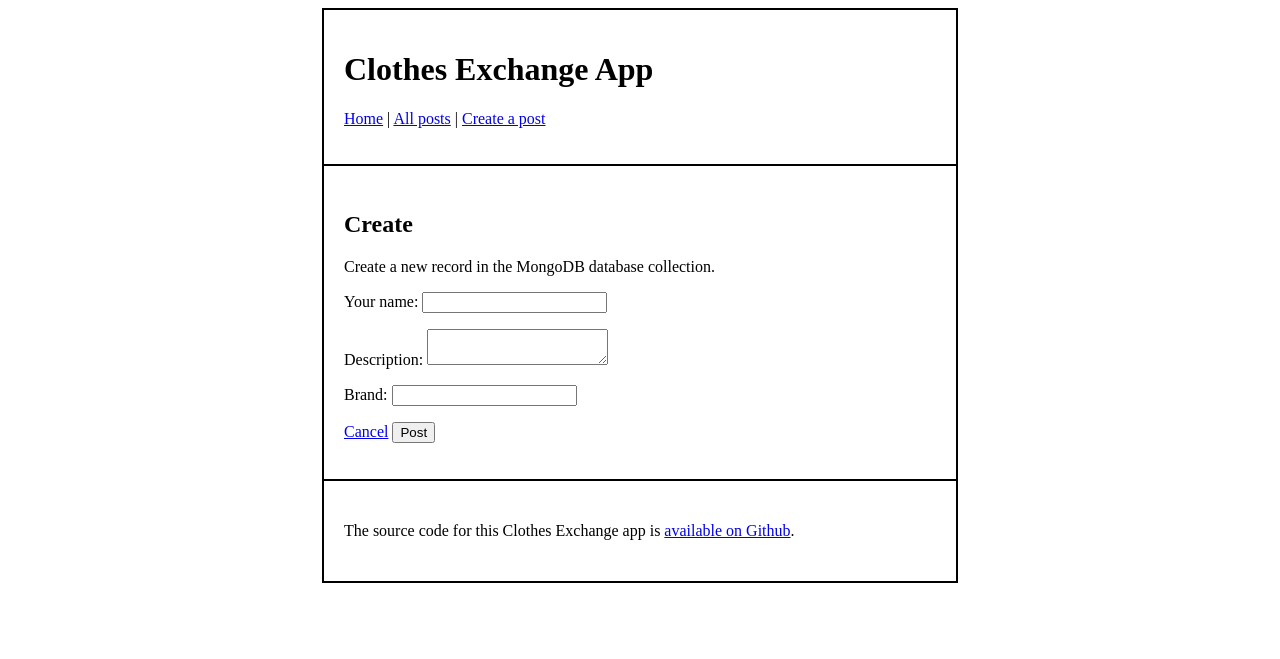
Repository: dbdesign-students-spring2024/7-web-app-dianachen1013
Page: http://localhost/create
An editor plug-in stored every save of this project. The page is shown before and after the next save, followed by the edit.
The browser window is 1280 px wide. The pictures show the whole page.
The page is served by the project's application, run on Flask 3 (app.py).

Above is the page before, as saved 2024-04-16 15:42:37.

### templates/create.html
{% extends 'base.html' %} {% block container %}
<h2>Create</h2>
<p>Create a new record in the MongoDB database collection.</p>
<form method="POST" action="{{ url_for('create_post') }}">
  <p>Your name: <input type="text" id="fname" name="fname" /><br /></p>
  <p>
    Description:
    <textarea type="text" id="fmessage" name="fmessage"></textarea>
  </p>
  <p>Brand: <input type="text" id="fbrand" name="fbrand" /><br /></p>
  <p>
    <a href="{{ url_for('read')}}">Cancel</a>
    <input type="submit" name="post-btn" value="Post" />
  </p>
</form>
{% endblock %}

### templates/base.html
<!DOCTYPE html>
<html>
  <head>
    <title>Clothes Exchange App</title>
    <link
      rel="stylesheet"
      href="{{ url_for('static', filename='css/style.css') }}"
    />
  </head>
  <body>
    <div class="container">
      <header>
        <h1>Clothes Exchange App</h1>
        <p>
          <a href="{{ url_for('home')}}">Home</a> |
          <a href="{{ url_for('read')}}">All posts</a> |
          <a href="{{ url_for('create')}}">Create a post</a>
        </p>
      </header>
      <main>{% block container %} {% endblock %}</main>
      <footer>
        <p>
          The source code for this Clothes Exchange app is
          <a href="https://github.com/dbdesign-students-spring2024/7-web-app-dianachen1013"
            >available on Github</a
          >.
        </p>
      </footer>
    </div>
  </body>
</html>

### app.py
# -*- coding: utf-8 -*-
"""
Created on Mon Apr 15 13:32:25 2024

@author: 86136
"""


#!/usr/bin/env python3

import os
import sys
import subprocess
import datetime

from flask import Flask, render_template, request, redirect, url_for, make_response

# import logging
import sentry_sdk
from sentry_sdk.integrations.flask import (
    FlaskIntegration,
)  # delete this if not using sentry.io

# from markupsafe import escape
import pymongo
from pymongo.errors import ConnectionFailure
from bson.objectid import ObjectId
from dotenv import load_dotenv

# load credentials and configuration options from .env file
# if you do not yet have a file named .env, make one based on the template in env.example
load_dotenv(override=True)  # take environment variables from .env.

# initialize Sentry for help debugging... this requires an account on sentrio.io
# you will need to set the SENTRY_DSN environment variable to the value provided by Sentry
# delete this if not using sentry.io
sentry_sdk.init(
    dsn=os.getenv("SENTRY_DSN"),
    # enable_tracing=True,
    # Set traces_sample_rate to 1.0 to capture 100% of transactions for performance monitoring.
    traces_sample_rate=1.0,
    # Set profiles_sample_rate to 1.0 to profile 100% of sampled transactions.
    # We recommend adjusting this value in production.

    integrations=[FlaskIntegration()],
    send_default_pii=True,
)

# instantiate the app using sentry for debugging
app = Flask(__name__)
# # turn on debugging if in development mode
# app.debug = True if os.getenv("FLASK_ENV", "development") == "development" else False


# try to connect to the database, and quit if it doesn't work
try:
    cxn = pymongo.MongoClient(os.getenv("MONGO_URI"))
    db = cxn[os.getenv("MONGO_DBNAME")]  # store a reference to the selected database

    # verify the connection works by pinging the database
    cxn.admin.command("ping")  # The ping command is cheap and does not require auth.
    print(" * Connected to MongoDB!")  # if we get here, the connection worked!
except ConnectionFailure as e:
    # catch any database errors
    # the ping command failed, so the connection is not available.
    print(" * MongoDB connection error:", e)  # debug
    sentry_sdk.capture_exception(e)  # send the error to sentry.io. delete if not using
    sys.exit(1)  # this is a catastrophic error, so no reason to continue to live


# set up the routes
@app.route("/")
def home():
    """
    Route for the home page.
    Simply returns to the browser the content of the index.html file located in the templates folder.
    """
    return render_template("index.html")


@app.route("/read")
def read():
    """
    Route for GET requests to the read page.
    Displays some information for the user with links to other pages.
    """
    docs = db.exampleapp.find({}).sort(
        "created_at", -1
    )  # sort in descending order of created_at timestamp
    return render_template("read.html", docs=docs)  # render the read template


@app.route("/create")
def create():
    """
    Route for GET requests to the create page.
    Displays a form users can fill out to create a new document.
    """
    return render_template("create.html")  # render the create template


@app.route("/create", methods=["POST"])
def create_post():
    """
    Route for POST requests to the create page.
    Accepts the form submission data for a new document and saves the document to the database.
    """
    name = request.form["fname"]
    message = request.form["fmessage"]
    brand = request.form["fbrand"]
    type_of_clothes = request.form["ftype"]

    # create a new document with the data the user entered
    doc = {"name": name, "message": message, "brand": brand, "type_of_clothes": type_of_clothes,"created_at": datetime.datetime.utcnow()}
    db.exampleapp.insert_one(doc)  # insert a new document

    return redirect(
        url_for("read")
    )  # tell the browser to make a request for the /read route


@app.route("/edit/<mongoid>")
def edit(mongoid):
    """
    Route for GET requests to the edit page.
    Displays a form users can fill out to edit an existing record.

    Parameters:
    mongoid (str): The MongoDB ObjectId of the record to be edited.
    """
    doc = db.exampleapp.find_one({"_id": ObjectId(mongoid)})
    return render_template(
        "edit.html", mongoid=mongoid, doc=doc
    )  # render the edit template


@app.route("/edit/<mongoid>", methods=["POST"])
def edit_post(mongoid):
    """
    Route for POST requests to the edit page.
    Accepts the form submission data for the specified document and updates the document in the database.

    Parameters:
    mongoid (str): The MongoDB ObjectId of the record to be edited.
    """
    name = request.form["fname"]
    message = request.form["fmessage"]
    brand = request.form["fbrand"]
    type_of_clothes = request.form["ftype"]

    doc = {
        # "_id": ObjectId(mongoid),
        "name": name,
        "message": message,
        "brand": brand,
        "type_of_clothes": type_of_clothes,
        "created_at": datetime.datetime.utcnow(),
    }

    db.exampleapp.update_one(
        {"_id": ObjectId(mongoid)}, {"$set": doc}  # match criteria
    )

    return redirect(
        url_for("read")
    )  # tell the browser to make a request for the /read route


@app.route("/delete/<mongoid>")
def delete(mongoid):
    """
    Route for GET requests to the delete page.
    Deletes the specified record from the database, and then redirects the browser to the read page.

    Parameters:
    mongoid (str): The MongoDB ObjectId of the record to be deleted.
    """
    db.exampleapp.delete_one({"_id": ObjectId(mongoid)})
    return redirect(
        url_for("read")
    )  # tell the web browser to make a request for the /read route.


@app.route("/webhook", methods=["POST"])
def webhook():
    """
    GitHub can be configured such that each time a push is made to a repository, GitHub will make a request to a particular web URL... this is called a webhook.
    This function is set up such that if the /webhook route is requested, Python will execute a git pull command from the command line to update this app's codebase.
    You will need to configure your own repository to have a webhook that requests this route in GitHub's settings.
    Note that this webhook does do any verification that the request is coming from GitHub... this should be added in a production environment.
    """
    # run a git pull command
    process = subprocess.Popen(["git", "pull"], stdout=subprocess.PIPE)
    pull_output = process.communicate()[0]
    # pull_output = str(pull_output).strip() # remove whitespace
    process = subprocess.Popen(["chmod", "a+x", "flask.cgi"], stdout=subprocess.PIPE)
    chmod_output = process.communicate()[0]
    # send a success response
    response = make_response(f"output: {pull_output}", 200)
    response.mimetype = "text/plain"
    return response


@app.errorhandler(Exception)
def handle_error(e):
    """
    Output any errors - good for debugging.
    """
    return render_template("error.html", error=e)  # render the edit template


# run the app
if __name__ == "__main__":
    # logging.basicConfig(filename="./flask_error.log", level=logging.DEBUG)
    app.run(load_dotenv=True)

### static/css/style.css
.container {
  border: 2px solid;
  width: 50%;
  margin: 0 auto;
}

header,
footer,
main {
  padding: 20px;
}

header,
main {
  border-bottom: 2px solid;
  margin-bottom: 5px;
}

p.post {
  font-size: 12px;
}

footer {
  margin-bottom: 5px;
}

After the next save:
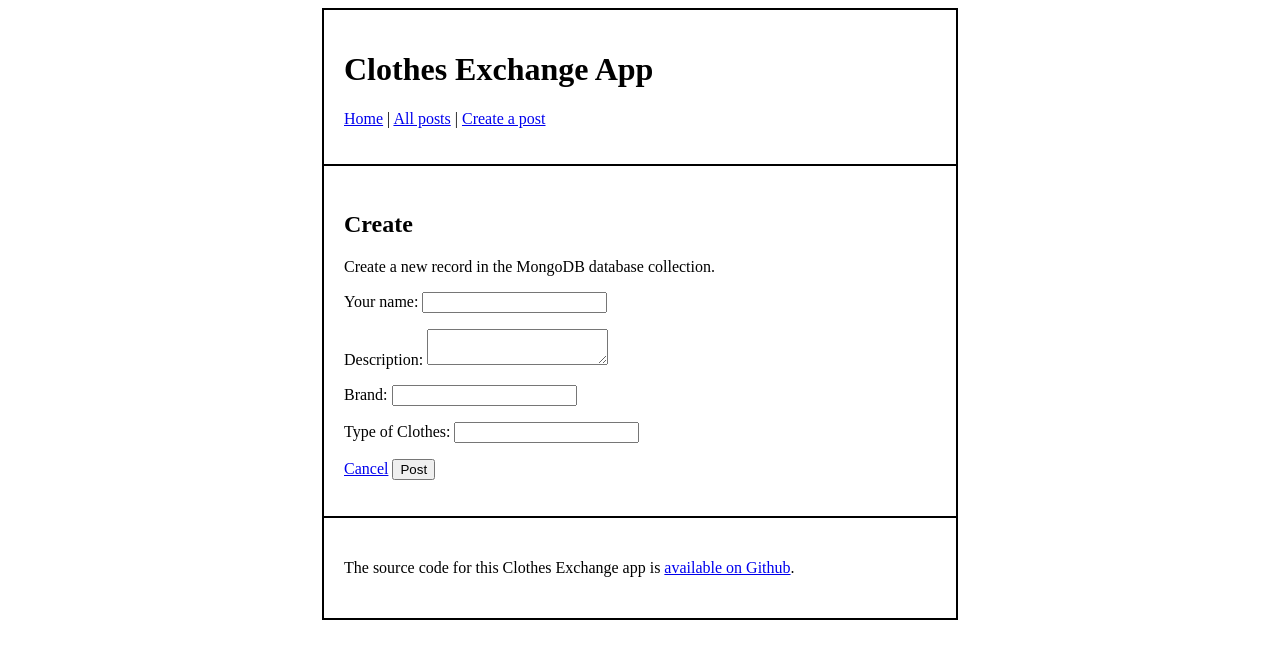
Saved 32 s later.
--- a/templates/create.html
+++ b/templates/create.html
@@ -8,6 +8,7 @@
     <textarea type="text" id="fmessage" name="fmessage"></textarea>
   </p>
   <p>Brand: <input type="text" id="fbrand" name="fbrand" /><br /></p>
+  <p>Type of Clothes: <input type="text" id="ftype" name="ftype" /><br /></p>
   <p>
     <a href="{{ url_for('read')}}">Cancel</a>
     <input type="submit" name="post-btn" value="Post" />
